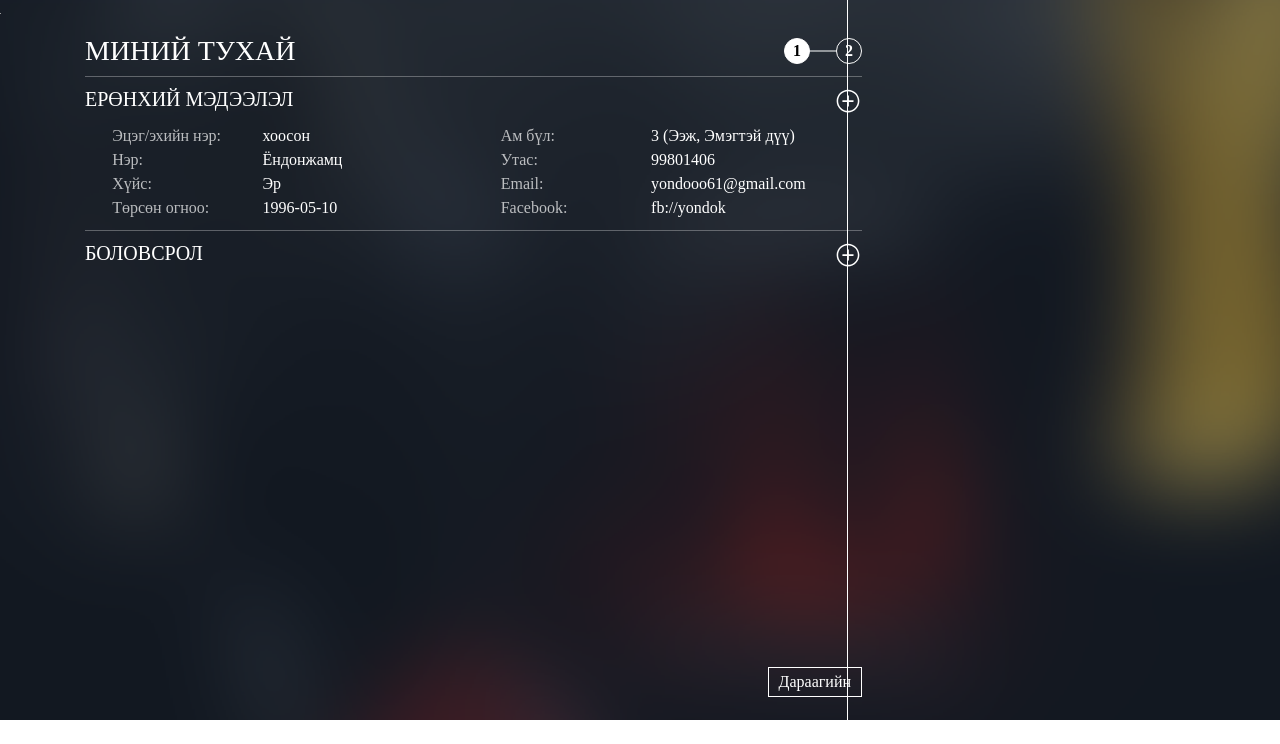
Repository: Yondo202/svProject
Page: /
These files come from the project's save history. The page is drawn as it stood at one moment and after the next save; the edit follows.
The browser window is 1280 px wide. The pictures show the whole page.
The project was rebuilt for these pictures with package versions that can differ from the ones it lists, and the page was loaded fresh each time. The framework's server and built-in components were replaced by stand-ins that run in the browser. Also part of the build but not shown: next.config.js, style/style.scss.

Above is the page before, as saved 2020-11-19 21:53:03.

### pages/_app.js
import React from "react";
import App from "next/app";
import '../style/style.scss'
import { AnimatePresence } from "framer-motion";
import { MenuProvider } from "@/miscs/ContextMenuProvider";
import { ThemeProvider } from "styled-components";
import * as theme from "@/miscs/theme";
import checkLanguage from "@/components/miscs/checkLanguage";

const base = "http://localhost:1337";

class MyApp extends App {
    state = {
        menu: [],
        completelyLoaded: false,
    };
    // async componentDidMount() {
    //     let res = await checkLanguage(queryString, null);
    //     this.setState({ completelyLoaded: true, menu: res.data.menu.Main});
    // }

    render() {
        const { Component, pageProps, router } = this.props;

        return (
            <ThemeProvider theme={theme}>
                <MenuProvider value={this.state}>
                    <AnimatePresence exitBeforeEnter>
                        <Component {...pageProps} key={router.route} />
                    </AnimatePresence>
                </MenuProvider>
            </ThemeProvider>
        );
    }
}

export default MyApp;

const queryString = ``

// const queryString = `
// {
// menu {
//     Main {
//     Title Slug Page {
//         Slug
//         }
//         }
//     }
// }`;

### pages/_document.js
import css from '../style/style.scss'
import Document, { Html, Head, Main, NextScript } from 'next/document'
import Pixel from "@/components/miscs/Pixel";

class MyDocument extends Document {
    render(){
        return(
            <Html lang="mn">
                <Head>
                    <link rel="stylesheet" href="https://stackpath.bootstrapcdn.com/bootstrap/4.3.1/css/bootstrap.min.css" integrity="sha384-ggOyR0iXCbMQv3Xipma34MD+dH/1fQ784/j6cY/iJTQUOhcWr7x9JvoRxT2MZw1T" crossOrigin="anonymous"/>
                    <link rel="shortcut icon" href="/img/ico.png" />
                    <link href="https://fonts.googleapis.com/css2?family=Roboto:wght@300;400;700&display=swap" rel="stylesheet"/>
                    <link href="https://fonts.googleapis.com/css2?family=Poppins:wght@300;400;500&display=swap" rel="stylesheet"></link>
                    <Pixel/>
                </Head>
                <body>
                    <Main/>
                    <NextScript/>
                </body>
            </Html>
        )
    }
}

export default MyDocument

### pages/index.js
import React from "react";
import { motion } from "framer-motion";
import Background from '../components/Top'
import Forms from '../components/mainForm'

function index() {
    return (
        <div>
            <Background />
            <Forms />
        </div>
    )
}

export default index




























// import Root from "@/core/Root";
// import ResolveComponent from "@/components/dynamic/ResolveComponent"
// import checkLanguage from "@/components/miscs/checkLanguage";
// import { MenuContext } from '@/miscs/ContextMenuProvider'
// import { useContext } from "react";

// const Index = ({ data }) => {

//     let { Layout } = data
//     const { completelyLoaded } = useContext(MenuContext);

//     return (
//         <motion.div exit={{ opacity: 0 }} initial={{ opacity: 0 }} animate={{ opacity: 1 }} >
//             <Root noFooter>
//                 {completelyLoaded &&
//                     <ResolveComponent data={Layout} />
//                 }
//             </Root>
//         </motion.div>
//     );

// };
// export default Index;

// export async function getServerSideProps({ params, req }) {
//     let res = await checkLanguage('/home', req, true);
//     return { props: { data: res.data } }
// }

### components/miscs/ContextMenuProvider.js
import React from 'react';

const MenuContext = React.createContext();

const MenuProvider = MenuContext.Provider
const MenuConsumer = MenuContext.Consumer

export {MenuProvider, MenuConsumer, MenuContext}

### components/miscs/theme.js
export const colorOne = "#532532";
export const colorTwo = "#123123";
export const fontSize = "16px";
export const fontFamily1 = "Poppins', sans-serif"

### components/miscs/checkLanguage.js
import fetch from "node-fetch";
import parseCookies from '@/miscs/parseCookies';

const checkLanguage = async (queryString, req, normal) =>{

    const cookies = parseCookies(req);
    const httpObject = { method: 'post', headers: { 'Content-Type': 'application/json'}, body: JSON.stringify({ query: `query ${queryString}`})}

    if(normal){
        return new Promise(async(resolve, reject) => {
            if(cookies['tb-lang'] === "en"){
                const res = await fetch(`http://localhost:1337${queryString}`);
                const pageData = await res.json();
                return resolve({data: pageData});
            }
            else{
                const res = await fetch(`http://localhost:1337${queryString}`);
                const pageData = await res.json();
                return resolve({data: pageData});
            }
        })
    }

    return new Promise(async(resolve, reject)=>{
      if(cookies['tb-lang'] === "en"){
          const res = await fetch('http://localhost:1337/graphql', httpObject)
          const pageData = await res.json()
          return resolve({data: pageData.data});
      }
      else{
          const res = await fetch('http://localhost:1337/graphql', httpObject)
          const pageData = await res.json()
          return resolve({data: pageData.data});
      }
    })

}

export default checkLanguage

### components/miscs/Pixel.js
import React from "react";

export default () => (
    <React.Fragment>
        <script
            dangerouslySetInnerHTML={{
                __html: `!function(f,b,e,v,n,t,s){if(f.fbq)return;n=f.fbq=function(){n.callMethod?n.callMethod.apply(n,arguments):n.queue.push(arguments)};if(!f._fbq)f._fbq=n;n.push=n;n.loaded=!0;n.version='2.0';n.queue=[];t=b.createElement(e);t.async=!0;t.src=v;s=b.getElementsByTagName(e)[0];s.parentNode.insertBefore(t,s)}(window,document,'script','https://connect.facebook.net/en_US/fbevents.js');fbq('init', '626874991348714'); fbq('track', 'PageView');`,
            }}
        />
        <noscript
            dangerouslySetInnerHTML={{
                __html: `<img height="1" width="1" src="https://www.facebook.com/tr?id=626874991348714&ev=PageView&noscript=1"/>`,
            }}
        />
    </React.Fragment>
);

### components/Top.js
// import React from 'react';

// const Test = ({data}) => {
//     return (
//         <div>
//             {data.Title && <h1>{data.Title}hahhaha</h1>}
//         </div>
//     );
// };

// export default Test;

import React from 'react'
import styled from 'styled-components'
function top({data}) {
    return (
        <Conainer style={{backgroundImage:"url('/img/Blur.png')"}}>
        </Conainer>
    )
}

export default top


const Conainer = styled.div`
    color:white;
    background-size: cover;
    background-position:center center;
    min-height: 80vh;
    max-height: 100vh;
    height: 100vh;
    width: 100%;
    position: fixed;
    top:0;
    z-index: -2;
`

### components/miscs/parseCookies.js
import cookie from 'cookie'

export default function parseCookies(req) {
    return cookie.parse(req ? req.headers.cookie || "" : document.cookie);
}

### components/form1.js
import React,{useState} from 'react'
import styled from 'styled-components'
import Modal from 'react-modal';
import {IoIosAddCircleOutline} from 'react-icons/io'
import {RiAddLine} from 'react-icons/ri'
import Education from '../components/education'
import Axios from 'axios';


const customStyles = {
    content : {
      top                   : '50%',
      left                  : '50%',
      right                 : 'auto',
      bottom                : 'auto',
      marginRight           : '-50%',
      transform             : 'translate(-50%, -50%)'
    }
  };

function form1() {
    var subtitle;
    const [modalIsOpen,setIsOpen] = React.useState(false);
    function openModal() {
      setIsOpen(true);
    }
    function closeModal(){
    setIsOpen(false);
    }
    const [Value,setValue] = useState('хоосон');

    const handleChange =(event) => {
        setValue(event.target.value);
        console.log(event.target.value);
      }

    const handleClick = async (e) =>{
        e.preventDefault();
        let rs = document.querySelectorAll('.getinput');
        let arr = Array.from(rs);
        let final = {};
        arr.map(element=>{
            let field = element.name;
            let value = element.value;
            final[field] = value
        });
        await Axios.post('http://localhost:1337/forms', final);
    }
    const capitalize = (s) => {
        if (typeof s !== 'string') return ''
        return s.charAt(0).toUpperCase() + s.slice(1)
      }

    return (
        <Conainer>
            <div className="headerPAr">
                <h5 className="title">ЕРӨНХИЙ МЭДЭЭЛЭЛ</h5>
                <div>
                <IoIosAddCircleOutline className="svgBtn" onClick={openModal} />
                    <Modal
                        isOpen={modalIsOpen}
                        // onAfterOpen={afterOpenModal}
                        onRequestClose={closeModal}
                        style={customStyles}
                        contentLabel="Example Modal"
                    >
                        <div className="closePar">
                         <span className="CloseBtn" onClick={closeModal}>X</span>
                        </div>

                        <form onSubmit={handleClick}>
                            <div className="FormItems">
                                <label>Эцэг/эхийн нэр:</label>
                                <input className="getinput" type="text" value={Value} onChange={handleChange} name="parent" />
                            </div>
                            <div className="FormItems">
                                <label>Нэр:</label>
                                <input className="getinput" type="text" name="name" />
                            </div>
                            <div className="FormItems">
                                <label>Хүйс:</label>
                                <select className="getinput" name="sex" placeholder="сүно">
                                    <option value="" >Сонго</option>
                                    <option value="man">Эрэгтэй</option>
                                    <option value="women">Эмэгтэй</option>
                                </select>
                            </div>
                                <button type="submit">Болсон</button>
                        </form>
                    </Modal>
                    </div>
                </div>
            <div className="ParentInfo">
                <div className="colOne">
                    <div className="main-info">
                        <span className="B">Эцэг/эхийн нэр:</span>
                        <span className="val">{Value}</span>
                    </div>
                    <div className="main-info">
                        <span className="B">Нэр:</span>
                        <span className="val">Ёндонжамц</span>
                    </div>
                    <div className="main-info">
                        <span className="B">Хүйс:</span>
                        <span className="val">Эр</span>
                    </div>
                    <div className="main-info">
                        <span className="B">Төрсөн огноо:</span>
                        <span className="val">1996-05-10</span>
                    </div>
                </div>

                <div className="colOne">
                    <div className="main-info">
                        <span className="B">Ам бүл:</span>
                        <span className="val">3 (Ээж, Эмэгтэй дүү)</span>
                    </div>
                    <div className="main-info">
                        <span className="B">Утас:</span>
                        <span className="val">99801406</span>
                    </div>
                    <div className="main-info">
                        <span className="B">Email:</span>
                        <span className="val">yondooo61@gmail.com</span>
                    </div>
                    <div className="main-info">
                        <span className="B">Facebook:</span>
                        <span className="val">fb://yondok</span>
                    </div>
                </div>
            </div>

            <Education />
        </Conainer>
    )
}

export default form1

const Conainer = styled.div`
    padding-top:10px;
    .headerPAr{
        width:70%;
        display:flex;
        flex-direction:row;
        justify-content:space-between;
        margin-bottom:5px;
        .svgBtn{
            cursor:pointer;
            font-size:28px;
            border-radius:50%;
            transition:all 0.3s ease;
            &:hover{
                color:black;
                background:white;
            }
        }
    }
    .ParentInfo{
         display:flex;
         flex-direction: row;
         justify-content:space-around;
         width:70%;
         font-size:16px;
         border-bottom: solid 0.5px rgba(255,255,255, 0.3);
         padding-bottom:10px;
         .colOne{
             width:43%;
             .main-info{
                display:flex;
                flex-direction:row;
                justify-content:space-between;

                 .B{
                     color:rgba(255,255,255, 0.7);
                     width:40%;
                 }
                 .val{
                    // margin-left:15px;
                    width:55%;
                 }
             }
         }
    }
    @media only screen and (max-width:786px){
        .headerPAr{
            width:100%;
        }
        .ParentInfo{
            flex-direction: column;
            width:100%;
            .colOne{
                width:100%;
            }
        }
    }
`

### components/form2.js
import React from 'react'
import styled from 'styled-components'
import Modal from 'react-modal';
import {IoIosAddCircleOutline} from 'react-icons/io'
import {RiAddLine} from 'react-icons/ri'
import Education from '../components/education'


const customStyles = {
    content : {
      top                   : '50%',
      left                  : '50%',
      right                 : 'auto',
      bottom                : 'auto',
      marginRight           : '-50%',
      transform             : 'translate(-50%, -50%)'
    }
  };

function form2() {
    var subtitle;
    const [modalIsOpen,setIsOpen] = React.useState(false);
    function openModal() {
      setIsOpen(true);
    }
    function afterOpenModal() {
        // references are now sync'd and can be accessed.
        subtitle.style.color = '#0E3232';
      }
    function closeModal(){
    setIsOpen(false);
    }
    return (
        <Conainer>
            <div className="headerPAr">
                <h5 className="title">ЕРӨНХИЙ МЭДЭЭЛЭЛ</h5>
                <div>
                <IoIosAddCircleOutline  className="svgBtn" onClick={openModal} />
                {/* <span  className="svgBtn" onClick={openModal}>+</span> */}
                    <Modal
                        isOpen={modalIsOpen}
                        onAfterOpen={afterOpenModal}
                        onRequestClose={closeModal}
                        style={customStyles}
                        contentLabel="Example Modal"
                    >
                        {/* <h2 ref={_subtitle => (subtitle = _subtitle)}>Hello</h2> */}
                        <button onClick={closeModal}>close</button>
                        <form>
                            {/* <input />
                            <button>tab navigation</button>
                            <button>stays</button>
                            <button>inside</button>
                            <button>the modal</button> */}
                        </form>
                    </Modal>
                    </div>
                </div>
            <div className="ParentInfo">
                <div className="colOne">
                    <div className="main-info">
                        <span className="B">Эцэг/эхийн нэр:</span>
                        <span className="val">Гантулга</span>
                    </div>
                    <div className="main-info">
                        <span className="B">Нэр:</span>
                        <span className="val">Ёндонжамц</span>
                    </div>
                    <div className="main-info">
                        <span className="B">Хүйс:</span>
                        <span className="val">Эр</span>
                    </div>
                    <div className="main-info">
                        <span className="B">Төрсөн огноо:</span>
                        <span className="val">1996-05-10</span>
                    </div>
                </div>

                <div className="colOne">
                    <div className="main-info">
                        <span className="B">Ам бүл:</span>
                        <span className="val">3 (Ээж, Эмэгтэй дүү)</span>
                    </div>
                    <div className="main-info">
                        <span className="B">Утас:</span>
                        <span className="val">99801406</span>
                    </div>
                    <div className="main-info">
                        <span className="B">Email:</span>
                        <span className="val">yondooo61@gmail.com</span>
                    </div>
                    <div className="main-info">
                        <span className="B">Facebook:</span>
                        <span className="val">fb://yondok</span>
                    </div>
                </div>
            </div>

            <Education />
        </Conainer>
    )
}

export default form2

const Conainer = styled.div`
    padding-top:10px;
    .headerPAr{
        width:70%;
        display:flex;
        flex-direction:row;
        justify-content:space-between;
        margin-bottom:5px;
        .svgBtn{
            cursor:pointer;
            font-size:28px;
            border-radius:50%;
            transition:all 0.3s ease;
            &:hover{
                color:black;
                background:white;
            }
        }
    }
    .ParentInfo{
         display:flex;
         flex-direction: row;
         justify-content:space-around;
         width:70%;
         font-size:16px;
         border-bottom: solid 0.5px rgba(255,255,255, 0.3);
         padding-bottom:10px;
         .colOne{
             width:43%;
             .main-info{
                display:flex;
                flex-direction:row;
                justify-content:space-between;

                 .B{
                     color:rgba(255,255,255, 0.7);
                     width:40%;
                 }
                 .val{
                    // margin-left:15px;
                    width:55%;
                 }
             }
         }
    }
`

### components/education.js
import React from 'react'
import styled from 'styled-components'
import {IoIosAddCircleOutline} from 'react-icons/io'
import Modal from 'react-modal';

const customStyles = {
    content : {
      top                   : '50%',
      left                  : '50%',
      right                 : 'auto',
      bottom                : 'auto',
      marginRight           : '-50%',
      transform             : 'translate(-50%, -50%)'
    }
  };
function education() {
    var subtitle;
    const [modalIsOpen,setIsOpen] = React.useState(false);
    function openModal() {
      setIsOpen(true);
    }
    function afterOpenModal() {
        // references are now sync'd and can be accessed.
        subtitle.style.color = '#0E3232';
      }
    function closeModal(){
    setIsOpen(false);
    }


    return (
        <Container>
            <div className="headerPAr">
                <h5 className="title">БОЛОВСРОЛ</h5>
                <div>
                <IoIosAddCircleOutline className="svgBtn" onClick={openModal} />
                    <Modal
                        isOpen={modalIsOpen}
                        onAfterOpen={afterOpenModal}
                        onRequestClose={closeModal}
                        style={customStyles}
                        contentLabel="Example Modal"
                    >
                        <h2 ref={_subtitle => (subtitle = _subtitle)}>Hello</h2>
                        <button onClick={closeModal}>close</button>
                        <form>
                            <input />
                            <button>tab navigation</button>
                            <button>stays</button>
                            <button>inside</button>
                            <button>the modal</button>
                        </form>
                    </Modal>
                    </div>
                </div>
        </Container>
    )
}

export default education


const Container = styled.div`
    padding-top:10px;

`

Loaded but not shown: components/mainForm.js (177 lines, source omitted)

After the next save:
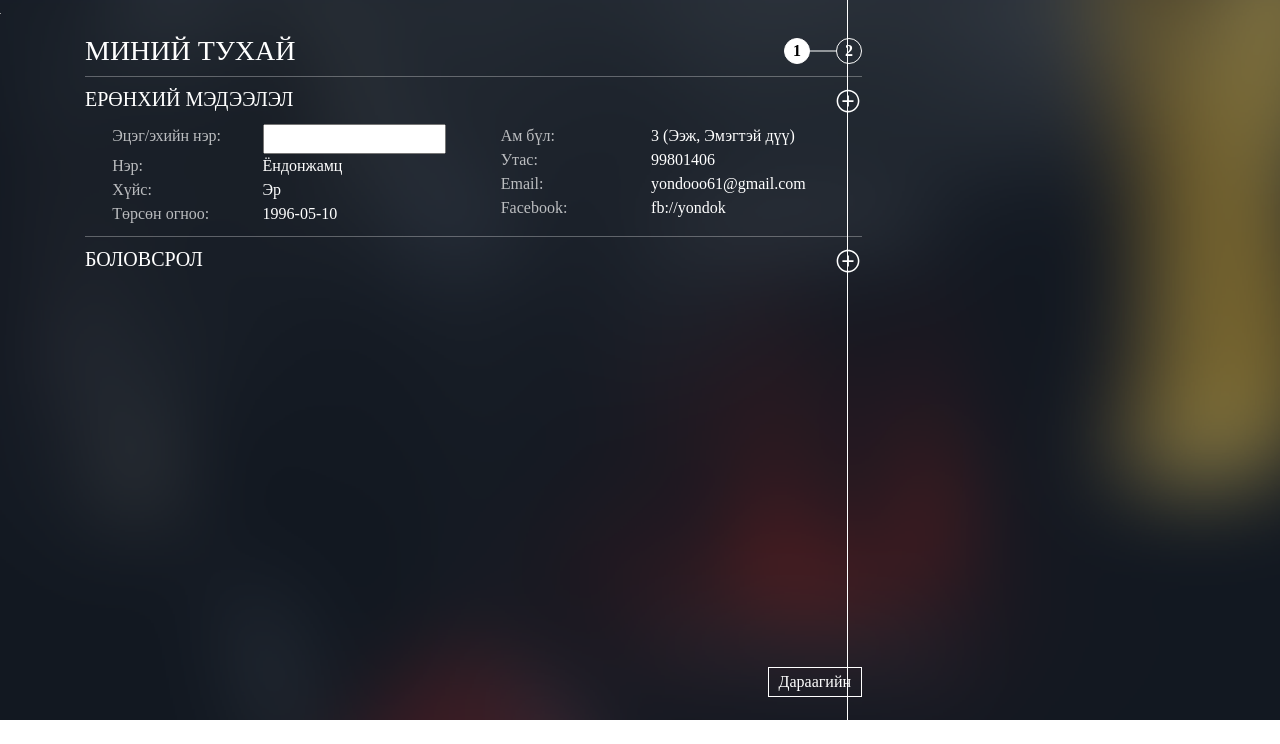
Saved 2 h 48 min later.
--- a/components/form1.js
+++ b/components/form1.js
@@ -94,7 +94,7 @@ function form1() {
                 <div className="colOne">
                     <div className="main-info">
                         <span className="B">Эцэг/эхийн нэр:</span>
-                        <span className="val">{Value}</span>
+                        <input className="val"></input>
                     </div>
                     <div className="main-info">
                         <span className="B">Нэр:</span>
